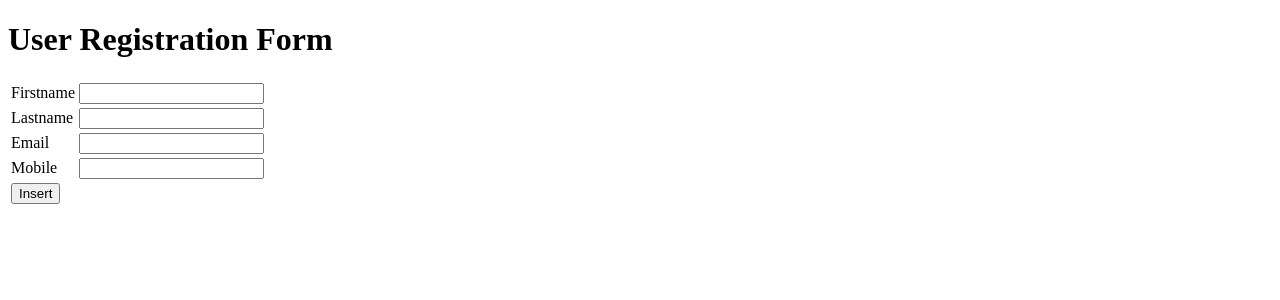
Repository: 2001Yogi/JavaWebAssignment
Page: http://localhost/MessageMVCCrud/verify.jsp
These files come from the project's save history. The page is drawn as it stood at one moment and after the next save; the edit follows.
The browser window is 1280 px wide. The pictures show the whole page.
The page is served by Tomcat 9. Other server files are loaded and not shown.

Above is the page before, as saved 2024-09-20 06:48:20.

### MessageMVCCrud/src/main/webapp/verify.jsp
<%@ page language="java" contentType="text/html; charset=ISO-8859-1"
    pageEncoding="ISO-8859-1"%>
<!DOCTYPE html>
<html>
<head>
<meta charset="ISO-8859-1">
<title>Insert title here</title>
</head>
<body>
	<form action="UserController" method="post" name="form">
		<div class="container" >
		<h1>User Registration Form</h1>
			<div class="row mt-5">
				<div class="col-2"></div>
				<div class="col-6">
				<table>
					<tr class="mb-3">
						<td>Firstname</td>
						<td><input type = "text" name ="fname" onblur="check_fname();"></td>
						<td><span id="errorfname" style="color:red;"></span></td>
					</tr>
					<tr class="mb-3">
						<td>Lastname</td>
						<td><input type = "text" name ="lname" onblur="check_lname();"></td>
						<td><span id="errorlname" style="color:red;"></span></td>
					</tr>
					<tr class="mb-3">
						<td>Email</td>
						<td><input type = "text" name ="email" onblur="searchInfo()" onblur="check_email();"></td>
						<td><span id="tops" style="color:red;"></span> </td>
						<td><span id="erroremail" style="color:red;"></span></td>
					</tr>
					<tr class="mb-3">
						<td>Mobile </td>
						<td><input type = "text" name ="mobile"></td>
						 <td><span id="errormobile" style="color:red;"></span></td>
					</tr>
					<tr class="mb-3">
						<td><input type = "Submit" name ="action" value ="Insert"></td>
					</tr>

					</table>
				</div>
			</div>
		</div>
	</form>
</body>
</html>

After the next save:
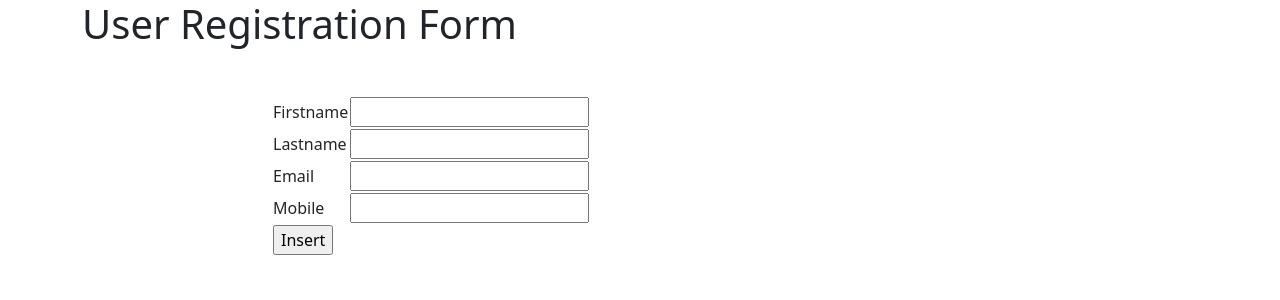
Saved 14 s later.
--- a/MessageMVCCrud/src/main/webapp/verify.jsp
+++ b/MessageMVCCrud/src/main/webapp/verify.jsp
@@ -5,6 +5,24 @@
 <head>
 <meta charset="ISO-8859-1">
 <title>Insert title here</title>
+<link
+	href="https://cdn.jsdelivr.net/npm/bootstrap@5.0.2/dist/css/bootstrap.min.css"
+	rel="stylesheet"
+	integrity="sha384-EVSTQN3/azprG1Anm3QDgpJLIm9Nao0Yz1ztcQTwFspd3yD65VohhpuuCOmLASjC"
+	crossorigin="anonymous">
+<script
+	src="https://cdn.jsdelivr.net/npm/bootstrap@5.0.2/dist/js/bootstrap.bundle.min.js"
+	integrity="sha384-MrcW6ZMFYlzcLA8Nl+NtUVF0sA7MsXsP1UyJoMp4YLEuNSfAP+JcXn/tWtIaxVXM"
+	crossorigin="anonymous"></script>
+<script
+	src="https://cdn.jsdelivr.net/npm/@popperjs/core@2.9.2/dist/umd/popper.min.js"
+	integrity="sha384-IQsoLXl5PILFhosVNubq5LC7Qb9DXgDA9i+tQ8Zj3iwWAwPtgFTxbJ8NT4GN1R8p"
+	crossorigin="anonymous"></script>
+<script
+	src="https://cdn.jsdelivr.net/npm/bootstrap@5.0.2/dist/js/bootstrap.min.js"
+	integrity="sha384-cVKIPhGWiC2Al4u+LWgxfKTRIcfu0JTxR+EQDz/bgldoEyl4H0zUF0QKbrJ0EcQF"
+	crossorigin="anonymous"></script>
+
 </head>
 <body>
 	<form action="UserController" method="post" name="form">
